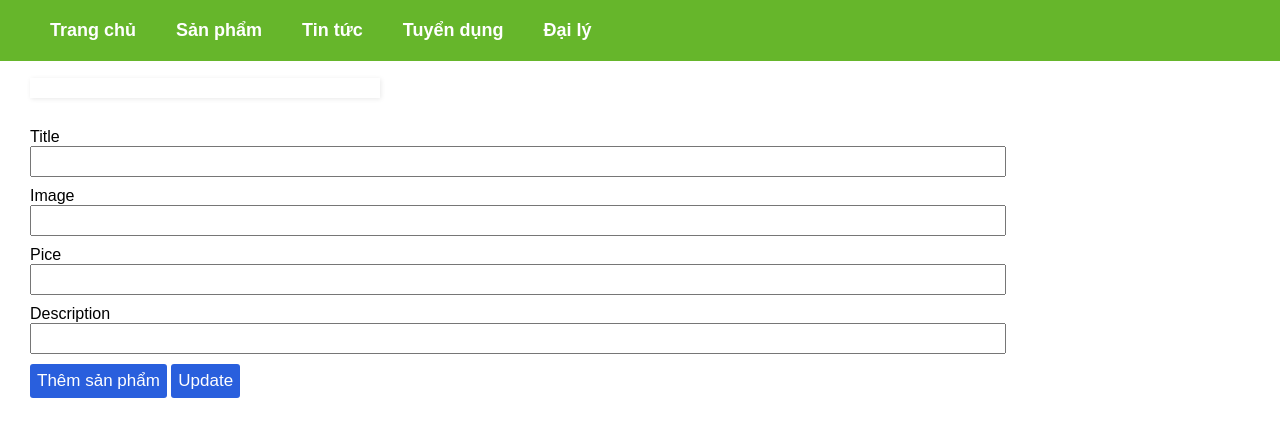
Repository: Ngoc28/CURD_HTML-CSS_JS_JSON
Page: index.html
An editor plug-in stored every save of this project. The page is shown before and after the next save, followed by the edit.
The browser window is 1280 px wide. The pictures show the whole page.
The page's requests for data from a server got no answer.

Above is the page before, as saved 2023-04-11 10:55:33.

### index.html
<!DOCTYPE html>
<html lang="en">
<head>
    <meta charset="UTF-8">
    <meta http-equiv="X-UA-Compatible" content="IE=edge">
    <meta name="viewport" content="width=device-width, initial-scale=1.0">
    <title>CURD Cơ bản</title>
    <link rel="stylesheet" href="https://cdnjs.cloudflare.com/ajax/libs/font-awesome/6.4.0/css/all.min.css" integrity="sha512-iecdLmaskl7CVkqkXNQ/ZH/XLlvWZOJyj7Yy7tcenmpD1ypASozpmT/E0iPtmFIB46ZmdtAc9eNBvH0H/ZpiBw==" crossorigin="anonymous" referrerpolicy="no-referrer" />
    <link rel="stylesheet" href="./asset/css/style.css">
</head>
<body>
    <header class="header-menu">
        <ul class="list-menu">
            <li class="item-menu"><a href="">Trang chủ</a></li>
            <li class="item-menu"><a href="">Sản phẩm</a></li>
            <li class="item-menu"><a href="">Tin tức</a></li>
            <li class="item-menu"><a href="">Tuyển dụng</a></li>
            <li class="item-menu"><a href="">Đại lý</a></li>
        </ul>
    </header>
    <div class="main">
        <div class="title-product">
            <h2 class="title">Sản phẩm của chúng tôi</h2>
        </div>
        <div class="products">
            <div class="product">
                <!-- <h3 class="product-name">Coca-Cola</h3>
                <img src="https://cdn.tgdd.vn/Products/Images/2947/190310/bhx/sua-trai-cay-nutriboost-huong-cam-297ml-202202122134380628.jpg" alt="" class="product-img">
                <spam class="product-price">18.000</spam>
                <span class="product-description">Nutriboost là thức uống dinh dưỡng kết hợp sữa và nước trái cây thơm ngon, giúp bạn luôn tràn năng lượng cho một ngày làm việc hiệu quả.</span> -->
            </div>
        </div>
    </div>
    <div class="form">
        <div class="form-1">
            <label for="">Title</label>
            <input type="text" name="title">
        </div>
        <div class="form-1">
            <label for="">Image</label>
            <input type="text" name="image">
        </div>
        <div class="form-1">
            <label for="">Pice</label>
            <input type="text" name="price">
        </div>
        <div class="form-1">
            <label for="">Description</label>
            <input type="text" name="description">
        </div>
        <button type="submit" id="create">Thêm sản phẩm</button>
        <button class="update-btn">Update</button>
    </div>

    <!-- formUpdate -->
    <div class="form-update">
        <div class="modal">
            <header>
                <i class="update-icon fa-solid fa-xmark"></i>
                <h1>
                    Form Update
                </h1>
            </header>
            <div class="modal-body">
                <div class="form-2">
                    <label for="title">Title</label>
                    <input type="text" id="title" name="title">
                </div>
                <div class="form-2">
                    <label for="image">Image</label>
                    <input type="text" id="image" name="image">
                </div>
                <div class="form-2">
                    <label for="price">Pice</label>
                    <input type="text" id="price" name="price">
                </div>
                <div class="form-2">
                    <label for="description">Description</label>
                    <input type="text" id="description" name="description">
                </div>
                <button type="submit" id="update">Update</button>
            </div>
        </div>
    </div>
    <script src="/script.js"></script>
</body>
</html>

### asset/css/style.css
*{
    padding: 0;
    margin: 0;
    box-sizing: border-box;
}

body {
    font-family: Arial, Helvetica, sans-serif;
}

.header-menu {
    position: fixed;
    top: 0;
    left: 0;
    right: 0;
    background-color: #66b62b;
    font-size: 18px;
    font-weight: 600;
}

.list-menu {
    display: flex;
    margin: 0 30px;
}

.item-menu {
    list-style: none;
}

.item-menu a {
    padding: 20px;
    display: block;
    text-decoration: none;
    color: #fff;
}

.item-menu a:hover {
    background-color: #ffd400;
    display: block;
}

/* Product */
.main {
    margin: 30px 30px 10px 30px;
}

.title-product {
    margin-bottom: 20px;
}


.title-product .title {
    text-align: center;
    color: #d72b27;
}

.products {
    display: flex;
    justify-content: space-between;
    flex-wrap: wrap;
}

.product {
    width: 350px;
    cursor: pointer;
    box-shadow: 1px 1px 5px   rgba(0, 0, 0, 0.09);
    margin-bottom: 20px;
    padding: 10px;
}


.product h3:hover {
    color: #d72b27;
}


.product-name {
    text-align: center;
}

.product-img {
    width: 100%;
    object-fit: cover;
}


.product .product-price:hover {
    color: #66b62b;
}

.product-price {
    color: #d72b27;
    margin: 10px 10px 6px;
    display: flex;
    justify-content: center;
    font-weight: 600;
}

.product-description {
    font-size: 15px;
    font-weight: 400;
    line-height: 20px;
    height: 40px;
    margin: 10px 10px 6px;
    overflow: hidden;
    display: block;
    display: -webkit-box;
    -webkit-box-orient: vertical;
    -webkit-line-clamp: 2;
}


.btn {
    display: flex;
    justify-content: center;
}


.delete-btn{
    margin-right: 10px;
}

.update-btn,
.delete-btn {
    padding: 8px;
    background-color: #66b62b;
    color: #fff;
    font-size: 15px;
    border: none;
    border-radius: 3px;
}

.update-btn:hover,
.delete-btn:hover {
    background-color: #336013;
}

/* Form */
.form {
    margin: 0 30px;

}

.form-1{
    margin-bottom: 10px;
}

.form-1 label {
    display: block;
    font-size: 16px;
    width: 90px;
}

.form-1 input {
    padding: 5px;
    font-size: 15px;
    width: 80%;
}

.form button {
    padding: 7px;
    background-color: #295fdd;
    color: #fff;
    font-size: 17px;
    border: none;
    border-radius: 3px;
}

.form button:hover {
    background-color: #172e62;
}

/* FormUpdate */

.form-update.open {
    display: flex;
}

.form-update {
    position:fixed;
    top: 0;
    right: 0;
    bottom: 0;
    left: 0;
    background-color: rgba(0, 0, 0, 0.5);
    align-items: center;
    justify-content: center;
    display: none;
}

.modal {
    background-color: #fff;
}

.modal header {
    background-color: #66b62b;
    color: #fff;
    height: 80px;
    width: 500px;
}

.modal h1 {
    line-height: 90px;
    text-align: center;
    font-size: 22px;
}

.modal .update-icon {
    float: right;
    padding: 10px;
    font-size: 20px;
    color: #fff;
}

.modal .update-icon:hover {
    color: #d72b27;
}

.modal-body {
    padding: 20px;
}

.form-2 {
    margin-bottom: 20px;
}

.form-2 label {
    display: block;
    margin-bottom: 5px;
    font-size: 16px;
    font-weight: 600;
    color: #3d81db;
}

.form-2 input {
    width: 100%;
    padding: 8px;
    font-size: 16px;
}

.modal-body button {
    padding: 8px;
    background-color: #295fdd;
    font-size: 17px;
    color: #fff;
    border: none;
    border-radius: 3px;
}

.modal-body button:hover {
    background-color: #172e62;
}

### script.js
let productsApi = 'http://localhost:3000/products';

function start() {
    getProducts(renderProducts);

    handleCreateForm();
    handleUpdateProduct()
}

start();

//lay ra san pham

function getProducts(callback) {

    fetch(productsApi)
    .then(function(response) {
        return response.json();
    })
    .then(callback);
}

function createProduct(data, callback) {
    var options = {
        method: 'POST',
        body: JSON.stringify(data),
        headers: {
            "Content-Type": "application/json",
            // 'Content-Type': 'application/x-www-form-urlencoded',
          }
    };
    fetch(productsApi, options)
        .then(function(response) {
            response.json();
        })
        .then(callback);

}

function handleDeleteProduct(id) {
    var options = {
        method: 'DELETE',
        headers: {
            "Content-Type": "application/json",
            // 'Content-Type': 'application/x-www-form-urlencoded',
          }
    };
    fetch(productsApi + '/' + id, options)
        .then(function(response) {
            response.json();
        })
        .then(function() {
           var productItem = document.querySelector('.product-item-' + id);
           if(productItem) {
            productItem.remove();
           }
        });
}


//show du lieu ra man hinh
function renderProducts(products) {
    var listProducts = document.querySelector('.products');

    var htmls = products.map(function(product) {
        return `
        <div class="product product-item-${product.id}">
            <h3 class="product-name">${product.title}</h3>
            <img src="${product.image}" class="product-img">
            <spam class="product-price">${product.price}đ</spam>
            <span class="product-description">${product.description}</span>
            <div class="btn">
                <button onclick="handleDeleteProduct(${product.id})" class="delete-btn">Delete</button>

            </div>
        </div>`

    })

    listProducts.innerHTML = htmls.join('');
}

function handleCreateForm() {
    var createBtn = document.querySelector('#create');

    createBtn.onclick = function() {
        var title = document.querySelector('input[name="title"]').value;
        var image = document.querySelector('input[name="image"]').value;
        var price = document.querySelector('input[name="price"]').value;
        var description = document.querySelector('input[name="description"]').value;

        var formData = {
            title: title,
            image: image,
            price: price,
            description: description
        }

        createProduct(formData, function() {
            getProducts(renderProducts);
        });

    }
}

// Update Form
function handleUpdateProduct(id) {
    var updateBtn = document.querySelector('.update-btn');
    updateBtn.onclick = function showFormUpdate() {

    }



    // formUpdate.classList.add('.open')

}

After the next save:
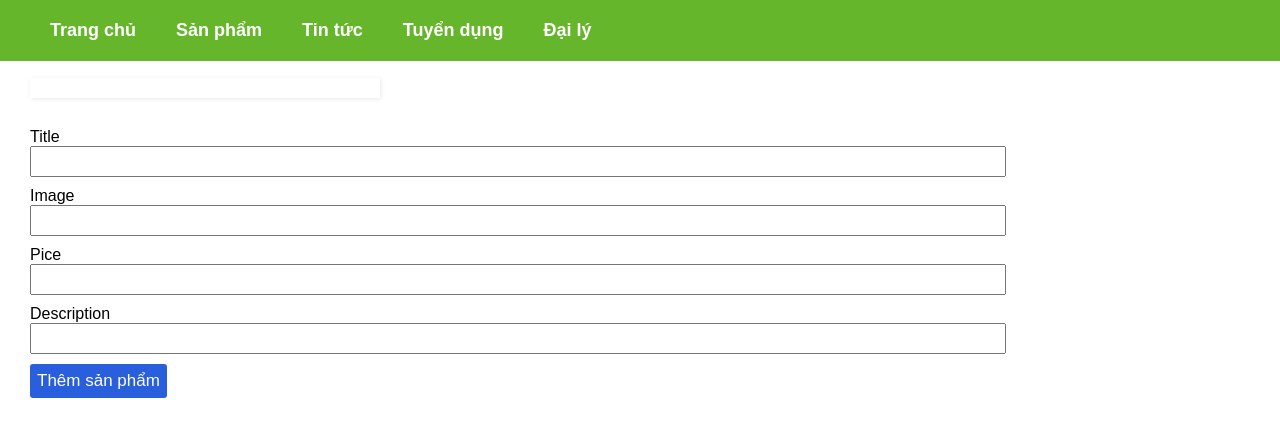
Console error: TypeError: Cannot set properties of null (setting 'onclick')
Saved 23 s later.
--- a/index.html
+++ b/index.html
@@ -49,7 +49,6 @@
             <input type="text" name="description">
         </div>
         <button type="submit" id="create">Thêm sản phẩm</button>
-        <button class="update-btn">Update</button>
     </div>
 
     <!-- formUpdate -->
